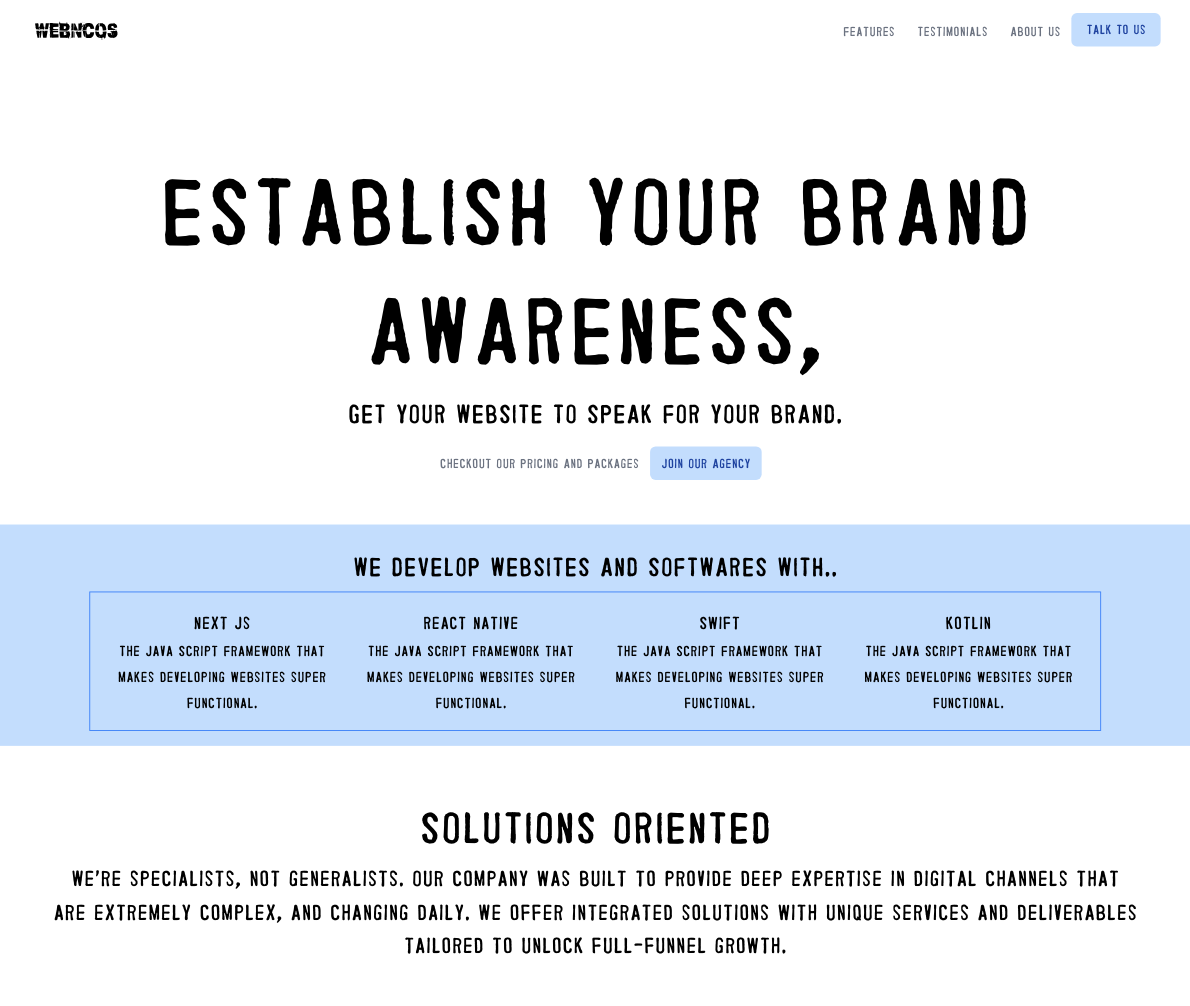
Repository: 1realjulius/webncos
Page: /
The author's editor kept a copy of each file at every save. The page is drawn from the files as they stood at one save, then again after the next save.
The browser window is 1280 px wide. The pictures show the whole page, at 93% of full size.
The project was rebuilt for these pictures with package versions that can differ from the ones it lists, and the page was loaded fresh each time. The framework's server and built-in components were replaced by stand-ins that run in the browser. Also part of the build but not shown: next.config.js.

Above is the page before, as saved 2022-09-02 08:56:21.

After the next save:
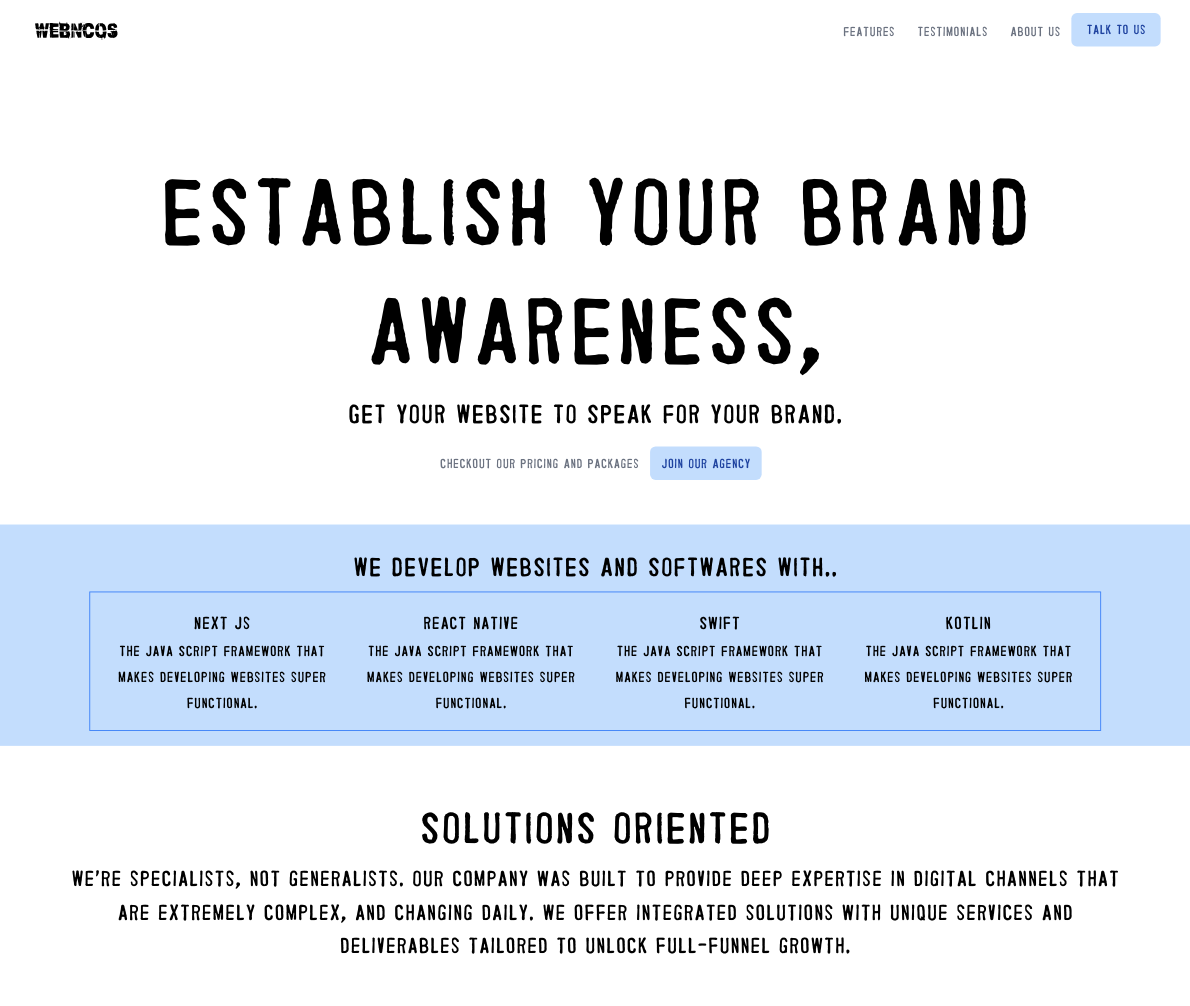
Saved 21 s later.
--- a/components/MainHome.tsx
+++ b/components/MainHome.tsx
@@ -90,7 +90,7 @@ const MainHome = () => {
       <div className="py-12">
         <div className="flex flex-col items-center justify-center mx-4">
           <h1 className="text-6xl py-2">SOLUTIONS ORIENTED</h1>
-          <p className="text-center text-2xl md:text-3xl md:px-10">
+          <p className="text-center text-2xl md:text-3xl md:px-14">
             We’re specialists, not generalists. Our company was built to provide
             deep expertise in digital channels that are extremely complex, and
             changing daily. We offer integrated solutions with unique services
